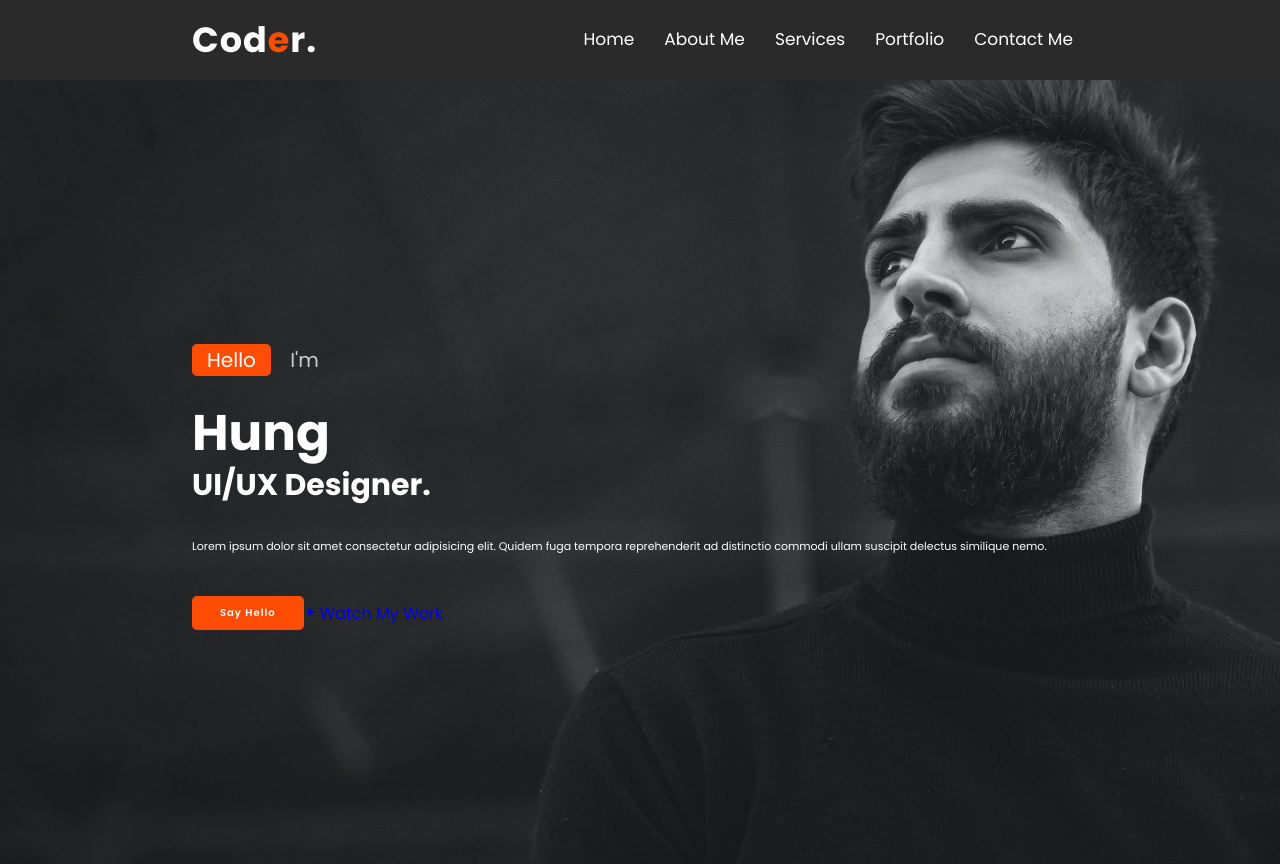
Repository: HungNg99/Protifolio2
Page: Portfolio/index.html
The author's editor kept a copy of each file at every save. The page is drawn from the files as they stood at one save, then again after the next save.
The browser window is 1280 px wide. The pictures show the whole page.

Above is the page before, as saved 2022-12-09 10:06:08.

### Portfolio/index.html
<!DOCTYPE html>
<html lang="en">

<head>
    <meta charset="UTF-8">
    <meta http-equiv="X-UA-Compatible" content="IE=edge">
    <meta name="viewport" content="width=device-width, initial-scale=1.0">
    <title>Portfolio</title>
    <link rel="stylesheet" href="./reset.css">
    <link rel="stylesheet" href="./style.css">
    <link rel="stylesheet" href="https://cdnjs.cloudflare.com/ajax/libs/font-awesome/6.2.1/css/all.min.css"
        integrity="sha512-MV7K8+y+gLIBoVD59lQIYicR65iaqukzvf/nwasF0nqhPay5w/9lJmVM2hMDcnK1OnMGCdVK+iQrJ7lzPJQd1w=="
        crossorigin="anonymous" referrerpolicy="no-referrer" />

        <link rel="stylesheet"
        href="https://unpkg.com/boxicons@latest/css/boxicons.min.css">

    <link
        href="https://fonts.googleapis.com/css2?family=Montserrat:wght@800&family=Poppins:ital,wght@0,300;0,400;0,600;0,700;1,600&family=Roboto:wght@300;500&display=swap"
        rel="stylesheet">
</head>

<body>
    <!-- header design-->
    <header>
        <a href="#" class="logo">Cod<span>e</span>r.</a>
        <ul class="nav-list">
            <li><a href="#home" class="nav-link">
                    Home
                </a></li>
            <li><a href="#about" class="nav-link">
                    About Me
                </a></li>
            <li><a href="#services" class="nav-link">
                    Services
                </a></li>
            <li><a href="#portfolio" class="nav-link">
                    Portfolio
                </a></li>
            <li><a href="#contact" class="nav-link">
                    Contact Me
                </a></li>
        </ul>

        <div class="bx bx-menu" id="menu-icon">
        </div>
    </header>

    <!-- home section design -->
    <section class="home" id="home">
       <div class="home-text">
        <div class="slide">
            <span class="one">Hello</span>
            <span class="two">I'm</span>
        </div>
        <h1>Hung</h1>
        <h3>UI/UX <span>Designer.</span> </h3>
        <p>Lorem ipsum dolor sit amet consectetur adipisicing elit. Quidem fuga tempora reprehenderit ad distinctio commodi ullam suscipit delectus similique nemo.</p>
        <div class="button">
            <a href="#" class="btn">Say Hello</a>
            <a href="#" class="btn2"><span><i class='bx bx-play'></i>Watch My Work</span></a>
        </div>
       </div>
    </section>
    <script src="./scripts.js"></script>
</body>

</html>

### Portfolio/reset.css
html {
    box-sizing: border-box;
  }
  * {
    margin: 0;
    padding: 0;
  }
  *,
  *:before,
  *:after {
    box-sizing: border-box;
  }
  input,
  textarea,
  select,
  button {
    outline: none;
  }
  input {
    line-height: normal;
  }
  label,
  button {
    cursor: pointer;
  }
  a {
    text-decoration: none;
  }
  img {
    display: block;
    max-width: 100%;
  }
  *,
  *:before,
  *:after {
    box-sizing: border-box;
  }
  /* using rem unit */
  html {
    font-size: 62.5%;
  }
  a {
    text-decoration: none;
  }
  img {
    display: block;
    max-width: 100%;
  }
  body {
    font-family: "Poppins", sans-serif;
    font-size: 16px;
    line-height: 1;
    list-style: none;
    scroll-behavior: smooth;
    /* height: 200vh; */
  }

### Portfolio/style.css
:root {
    --bg-color: #2a2a2a;
    --second-bg-color: #202020;
    --text-color: #fff;
    --second-color: #ccc;
    --main-color: #ff4d05;
    --big-font: 5rem;
    --h2-font: 3rem;
    --p-font: 1.1rem;
}

header {
    position: fixed;
    width: 100%;
    top: 0;
    right: 0;
    z-index: 1000;
    align-items: center;
    justify-content: space-between;
    background: var(--bg-color);
    padding: 22px 15%;
    border-bottom: 1px solid transparent;
    transition: all 0.45s ease;
    display: flex;
    justify-content: space-between;
    align-items: center;
}

.logo {
    color: var(--text-color);
    font-size: 35px;
    font-weight: 700;
    letter-spacing: 1px;
}

.logo span {
    color: var(--main-color);
}

.nav-list {
    display: flex;
    list-style: none;
}

.nav-list .nav-link {
    color: var(--text-color);
    margin: 0 15px;
    font-size: 17px;
    font-weight: 500;
    transition: all 0.45s ease;
}

.nav-list .nav-link:hover {
    color: var(--main-color);
}

.nav-list .nav-link.active {
    color: var(--main-color);
}

#menu-icon {
    color: var(--text-color);
    font-size: 35px;
    z-index: 10001;
    cursor: pointer;
    margin-left: 25px;
    display: none;

}

section {
    padding: 160px 15% 120px;
}

.home {
    position: relative;
    background-image: url(./img/background.jpg);
    background-repeat: no-repeat;
    background-position: center;
    background-size: cover;
    height: 120vh;
    width: 100%;
    display: flex;
    align-items: center;
    justify-content: flex-start;
}

.slide {
    margin-bottom: 30px;
}

.one {
    display: inline-block;
    margin-right: 15px;
    height: 32px;
    padding: 0 15px;
    line-height: 32px;
    font-size: 20px;
    font-weight: 500;
    border-radius: 5px;
    background-color: var(--main-color);
    color: var(--text-color);
}

.two {
    display: inline-block;
    color: var(--second-color);
    font-size: 20px;
    font-weight: 500;
}
.home-text{
    margin-top: 70px;
}
.home-text h1 {
    font-size: var(--big-font);
    font-weight: 700;
    color: var(--text-color);
    line-height:1.1;
    margin: 0 0 8px;
}
.home-text h3{
    color: var(--text-color);
    margin: 0 0 35px;
    font-size: 3rem;
    font-weight: 700;
    line-height:1.1;
}
.home-text p{
    color: var(--text-color);
    font-size: var(--p-font);
    line-height:1.8;
    margin-bottom: 40px;
}
.button{
    display:flex;
    align-items: center;
    justify-content: flex-start;
}
.btn{
    display: inline-block;
    padding: 12px 28px;
    background: var(--main-color);
    border-radius: 5px;
    color: var(--text-color);
    font-size:1rem;
    letter-spacing: 1px;
    font-weight: 600;
    transition: all 0.45s ease;
}

Loaded but not shown: Portfolio/scripts.js (no copy from this time; the picture is the same without it)

After the next save:
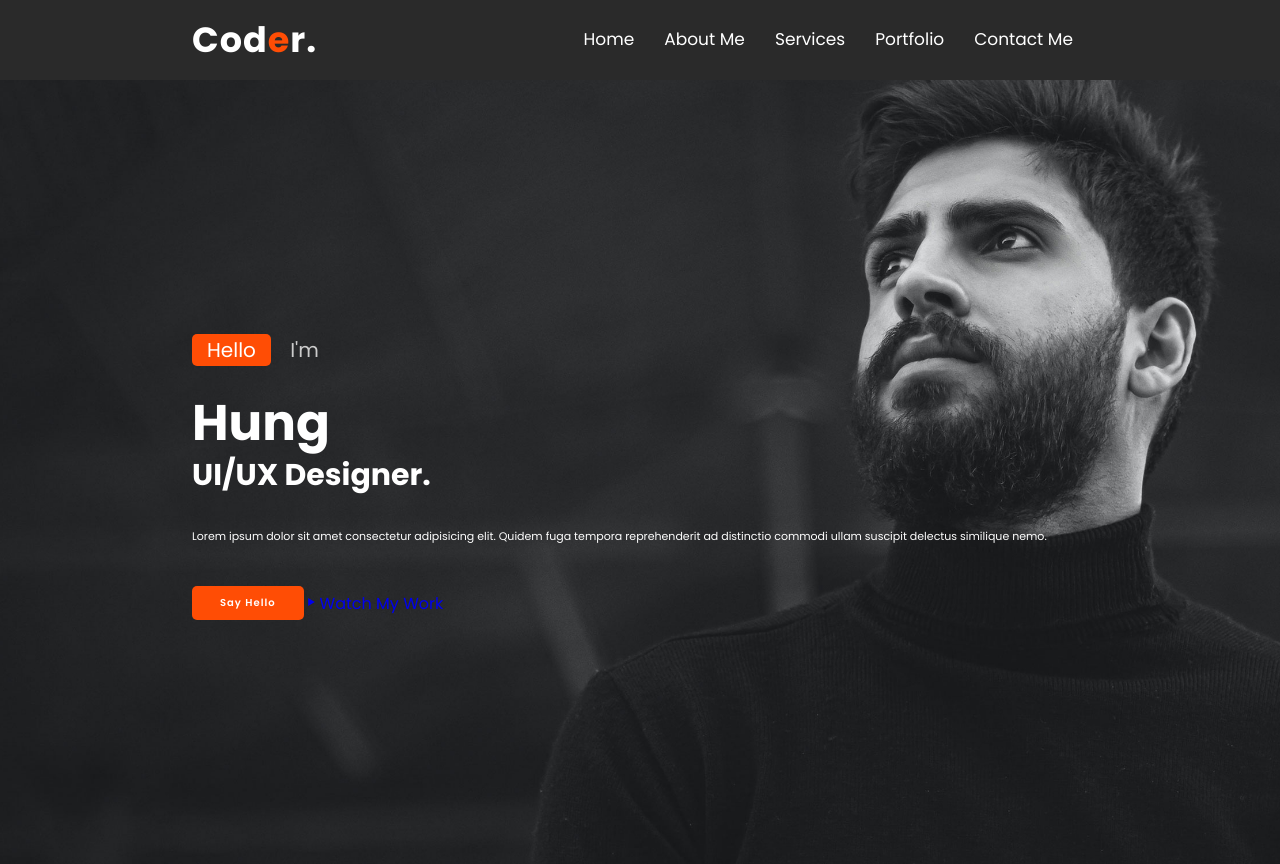
Saved 8 s later.
--- a/Portfolio/style.css
+++ b/Portfolio/style.css
@@ -109,7 +109,7 @@ section {
     font-weight: 500;
 }
 .home-text{
-    margin-top: 70px;
+    margin-top: 50px;
 }
 .home-text h1 {
     font-size: var(--big-font);
